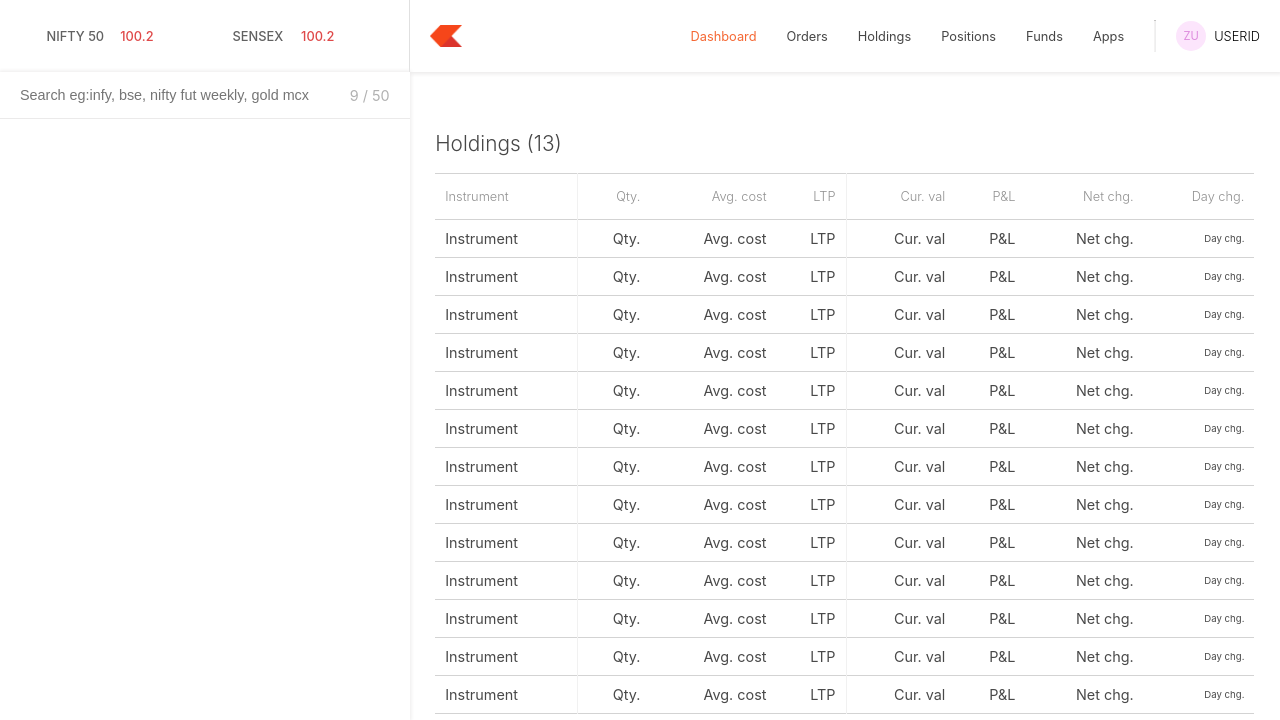
Repository: rushikesh-kolpe21/zerodha_4
Page: /holdings (app in dashboard/)
An editor plug-in stored every save of this project. The page is shown before and after the next save, followed by the edit.
The browser window is 1280 px wide. The pictures show the whole page.
An inner scrolling area shows only its first screen. The project was rebuilt for these pictures with package versions that can differ from the ones it lists, and the page was loaded fresh each time. Also part of the build but not shown: dashboard/vite.config.js, dashboard/src/components/Apps.jsx, dashboard/src/components/Funds.jsx, dashboard/src/components/Orders.jsx, dashboard/src/components/Positions.jsx, dashboard/src/components/Summary.jsx.

Above is the page before, as saved 2025-03-25 07:26:39.

### dashboard/src/App.jsx

import React from "react";
// import ReactDOM from "react-dom/client";
import { BrowserRouter, Route, Routes } from "react-router-dom";
// import "./index.css";
import Home from "./components/Home";

function App() {
  return (
    <>
      <BrowserRouter>
        <Routes>
          <Route path="/*" element={<Home />} />
        </Routes>
      </BrowserRouter>
    </>
  );
}

export default App;

### dashboard/src/components/Home.jsx
import React from 'react'
import TopBar from './TopBar'
import Dashboard from './Dashboard'

function Home() {
  return (
  <>
  <TopBar/>
  <Dashboard/>
  </>
  )
}

export default Home

### dashboard/src/components/Dashboard.jsx
import React from "react";
import { Route, Routes } from "react-router-dom";

import Apps from "./Apps";
import Funds from "./Funds";
import Holdings from "./Holdings";

import Orders from "./Orders";
import Positions from "./Positions";
import Summary from "./Summary";
import WatchList from "./WatchList";
// import { GeneralContextProvider } from "./GeneralContext";

const Dashboard = () => {
  return (
    <div className="dashboard-container">
        <WatchList />

      <div className="content">
        <Routes>
          <Route exact path="/" element={<Summary />} />
          <Route path="/orders" element={<Orders />} />
          <Route path="/holdings" element={<Holdings />} />
          <Route path="/positions" element={<Positions />} />
          <Route path="/funds" element={<Funds />} />
          <Route path="/apps" element={<Apps />} />
        </Routes>
      </div>
    </div>
  );
};

export default Dashboard;

### dashboard/src/components/Menu.jsx
import React, { useState } from "react";
import { Link } from "react-router";

const Menu = () => {
  const [selectedMenu, setSelectedMenu] = useState(0);
  const [isProfileDropdownOpen, setIsProfileDropdownOpen] = useState(false);

  const handleMenuClick = (index) => {
    setSelectedMenu(index);
  };

  const handleProfileClick = () => {
    setIsProfileDropdownOpen(!isProfileDropdownOpen);
  };

  const menuClass = "menu";
  const activeMenuClass = "menu selected";

  return (
    <div className="menu-container">
      <img src="logo.png" style={{ width: "32px" }} />
      <div className="menus">
        <ul>
          <li>
            <Link
              style={{ textDecoration: "none" }}
              to="/"
              onClick={() => handleMenuClick(0)}
            >
              <p className={selectedMenu === 0 ? activeMenuClass : menuClass}>
                Dashboard
              </p>
            </Link>
          </li>
          <li>
            <Link
              style={{ textDecoration: "none" }}
              to="/orders"
              onClick={() => handleMenuClick(1)}
            >
              <p className={selectedMenu === 1 ? activeMenuClass : menuClass}>
                Orders
              </p>
            </Link>
          </li>
          <li>
            <Link
              style={{ textDecoration: "none" }}
              to="/holdings"
              onClick={() => handleMenuClick(2)}
            >
              <p className={selectedMenu === 2 ? activeMenuClass : menuClass}>
                Holdings
              </p>
            </Link>
          </li>
          <li>
            <Link
              style={{ textDecoration: "none" }}
              to="/positions"
              onClick={() => handleMenuClick(3)}
            >
              <p className={selectedMenu === 3 ? activeMenuClass : menuClass}>
                Positions
              </p>
            </Link>
          </li>
          <li>
            <Link
              style={{ textDecoration: "none" }}
              to="/funds"
              onClick={() => handleMenuClick(4)}
            >
              <p className={selectedMenu === 4 ? activeMenuClass : menuClass}>
                Funds
              </p>
            </Link>
          </li>
          <li>
            <Link
              style={{ textDecoration: "none" }}
              to="/apps"
              onClick={() => handleMenuClick(5)}
            >
              <p className={selectedMenu === 5 ? activeMenuClass : menuClass}>
                Apps
              </p>
            </Link>
          </li>
        </ul>
        <hr />
        <div className="profile" onClick={handleProfileClick}>
          <div className="avatar">ZU</div>
          <p className="username">USERID</p>
        </div>
      </div>
    </div>
  );
};

export default Menu;

### dashboard/src/components/Holdings.jsx
import React from "react";
import {holdings} from '../data/data';

const Holdings = () => {
  return (
    <>
      <h3 className="title"> Holdings ({holdings.length})</h3>

      <div className="order-table">
        <table>
          <tr>
            <th>Instrument</th>
            <th>Qty.</th>
            <th>Avg. cost</th>
            <th>LTP</th>
            <th>Cur. val</th>
            <th>P&L</th>
            <th>Net chg.</th>
            <th>Day chg.</th>
          </tr>

          {holdings.map((stock, index)=>{
            const currValue = stock.price * stock. qty;
            const isProfit = currValue - stock.avg * stock.qty >= 0.0;
            const profClasss = isProfit ? "profit" : "loss";
            const dayClass = stock.isLoss ? "loss" : "profit";

            return(
              <tr key={index}>
               <td>Instrument</td>
                <td>Qty.</td>
                <td>Avg. cost</td>
                <td>LTP</td>
                <td>Cur. val</td>
                <td>P&L</td>
                <td>Net chg.</td>
                <td>Day chg.</td>
              </tr>
            )
          })}
        </table>
      </div>

      <div className="row">
        <div className="col">
          <h5>
            29,875.<span>55</span>{" "}
          </h5>
          <p>Total investment</p>
        </div>
        <div className="col">
          <h5>
            31,428.<span>95</span>{" "}
          </h5>
          <p>Current value</p>
        </div>
        <div className="col">
          <h5>1,553.40 (+5.20%)</h5>
          <p>P&L</p>
        </div>
      </div>
    </>
  );
};

export default Holdings;

### dashboard/src/components/WatchList.jsx
import React from "react";

const WatchList = () => {
  return (
    <div className="watchlist-container">
      <div className="search-container">
        <input
          type="text"
          name="search"
          id="search"
          placeholder="Search eg:infy, bse, nifty fut weekly, gold mcx"
          className="search"
        />
        <span className="counts"> 9 / 50</span>
      </div>

      <ul className="list"></ul>
    </div>
  );
};

export default WatchList;

### dashboard/src/data/data.js
export const watchlist = [
    {
      name: "INFY",
      price: 1555.45,
      percent: "-1.60%",
      isDown: true,
    },
    {
      name: "ONGC",
      price: 116.8,
      percent: "-0.09%",
      isDown: true,
    },
    {
      name: "TCS",
      price: 3194.8,
      percent: "-0.25%",
      isDown: true,
    },
    {
      name: "KPITTECH",
      price: 266.45,
      percent: "3.54%",
      isDown: false,
    },
    {
      name: "QUICKHEAL",
      price: 308.55,
      percent: "-0.15%",
      isDown: true,
    },
    {
      name: "WIPRO",
      price: 577.75,
      percent: "0.32%",
      isDown: false,
    },
    {
      name: "M&M",
      price: 779.8,
      percent: "-0.01%",
      isDown: true,
    },
    {
      name: "RELIANCE",
      price: 2112.4,
      percent: "1.44%",
      isDown: false,
    },
    {
      name: "HUL",
      price: 512.4,
      percent: "1.04%",
      isDown: false,
    },
  ];

  // holdings
  export const holdings = [
    {
      name: "BHARTIARTL",
      qty: 2,
      avg: 538.05,
      price: 541.15,
      net: "+0.58%",
      day: "+2.99%",
    },
    {
      name: "HDFCBANK",
      qty: 2,
      avg: 1383.4,
      price: 1522.35,
      net: "+10.04%",
      day: "+0.11%",
    },
    {
      name: "HINDUNILVR",
      qty: 1,
      avg: 2335.85,
      price: 2417.4,
      net: "+3.49%",
      day: "+0.21%",
    },
    {
      name: "INFY",
      qty: 1,
      avg: 1350.5,
      price: 1555.45,
      net: "+15.18%",
      day: "-1.60%",
      isLoss: true,
    },
    {
      name: "ITC",
      qty: 5,
      avg: 202.0,
      price: 207.9,
      net: "+2.92%",
      day: "+0.80%",
    },
    {
      name: "KPITTECH",
      qty: 5,
      avg: 250.3,
      price: 266.45,
      net: "+6.45%",
      day: "+3.54%",
    },
    {
      name: "M&M",
      qty: 2,
      avg: 809.9,
      price: 779.8,
      net: "-3.72%",
      day: "-0.01%",
      isLoss: true,
    },
    {
      name: "RELIANCE",
      qty: 1,
      avg: 2193.7,
      price: 2112.4,
      net: "-3.71%",
      day: "+1.44%",
    },
    {
      name: "SBIN",
      qty: 4,
      avg: 324.35,
      price: 430.2,
      net: "+32.63%",
      day: "-0.34%",
      isLoss: true,
    },
    {
      name: "SGBMAY29",
      qty: 2,
      avg: 4727.0,
      price: 4719.0,
      net: "-0.17%",
      day: "+0.15%",
    },
    {
      name: "TATAPOWER",
      qty: 5,
      avg: 104.2,
      price: 124.15,
      net: "+19.15%",
      day: "-0.24%",
      isLoss: true,
    },
    {
      name: "TCS",
      qty: 1,
      avg: 3041.7,
      price: 3194.8,
      net: "+5.03%",
      day: "-0.25%",
      isLoss: true,
    },
    {
      name: "WIPRO",
      qty: 4,
      avg: 489.3,
      price: 577.75,
      net: "+18.08%",
      day: "+0.32%",
    },
  ];

  // positions
  export const positions = [
    {
      product: "CNC",
      name: "EVEREADY",
      qty: 2,
      avg: 316.27,
      price: 312.35,
      net: "+0.58%",
      day: "-1.24%",
      isLoss: true,
    },
    {
      product: "CNC",
      name: "JUBLFOOD",
      qty: 1,
      avg: 3124.75,
      price: 3082.65,
      net: "+10.04%",
      day: "-1.35%",
      isLoss: true,
    },
  ];

Loaded but not shown: dashboard/index.html (common file); dashboard/src/main.jsx (common file); dashboard/src/index.css (common file); dashboard/src/components/TopBar.jsx (common file)

After the next save:
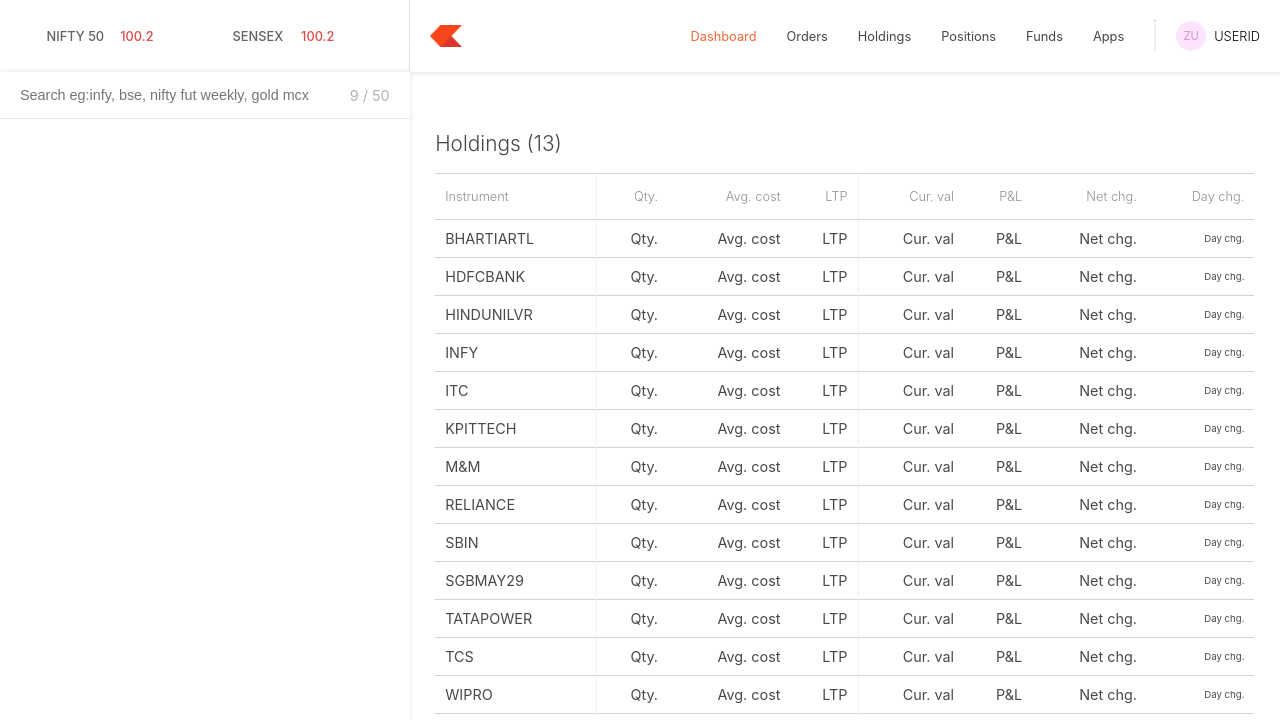
Saved 2 min 7 s later.
--- a/dashboard/src/components/Holdings.jsx
+++ b/dashboard/src/components/Holdings.jsx
@@ -27,7 +27,7 @@
 
             return(
               <tr key={index}>
-               <td>Instrument</td>
+               <td>{stock.name}</td>
                 <td>Qty.</td>
                 <td>Avg. cost</td>
                 <td>LTP</td>
